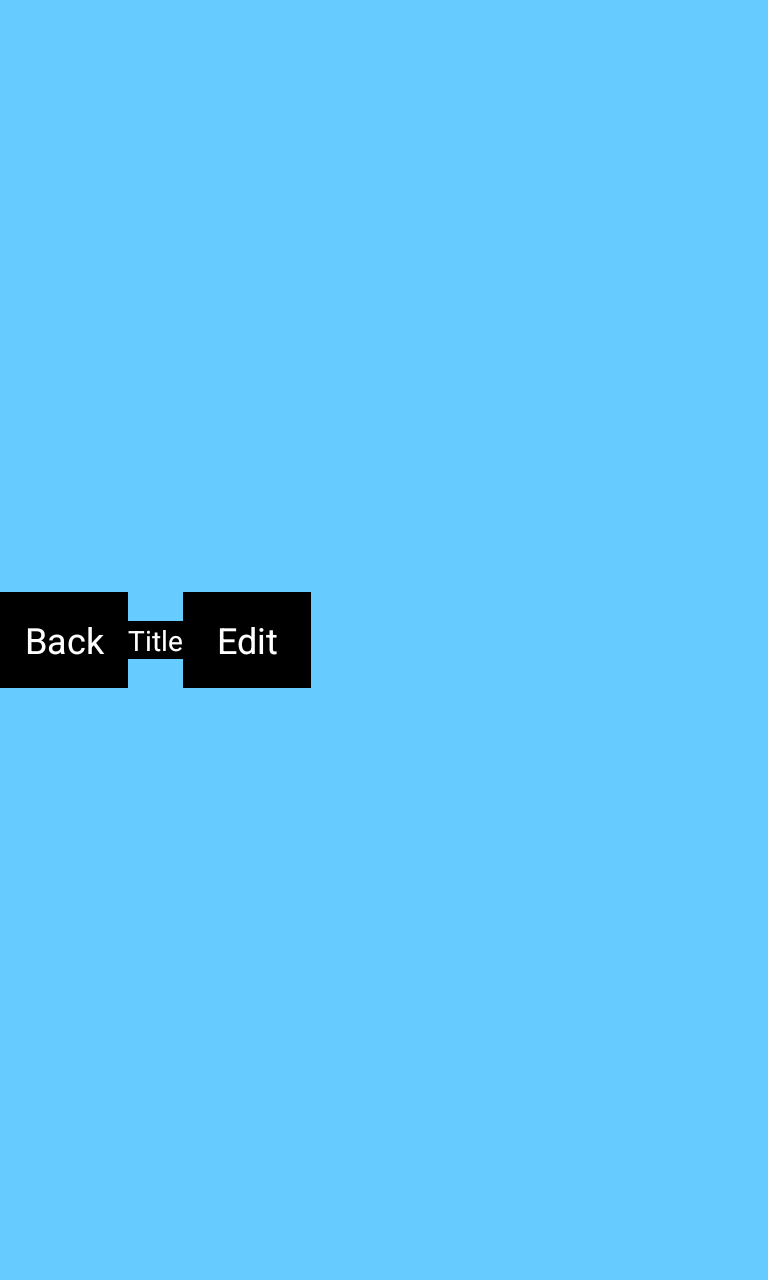
Repository: Ollyder/eclipse_work
Layout: TableLayout/res/layout/title.xml
An editor plug-in stored every save of this project. The layout is shown before and after the next save, followed by the edit.
It is drawn on a 768 x 1280 px phone screen (xhdpi) without system bars, with theme AppTheme; the app's code is not run.

Above is the layout before, as saved 2017-05-28 04:50:45.

After the next save:
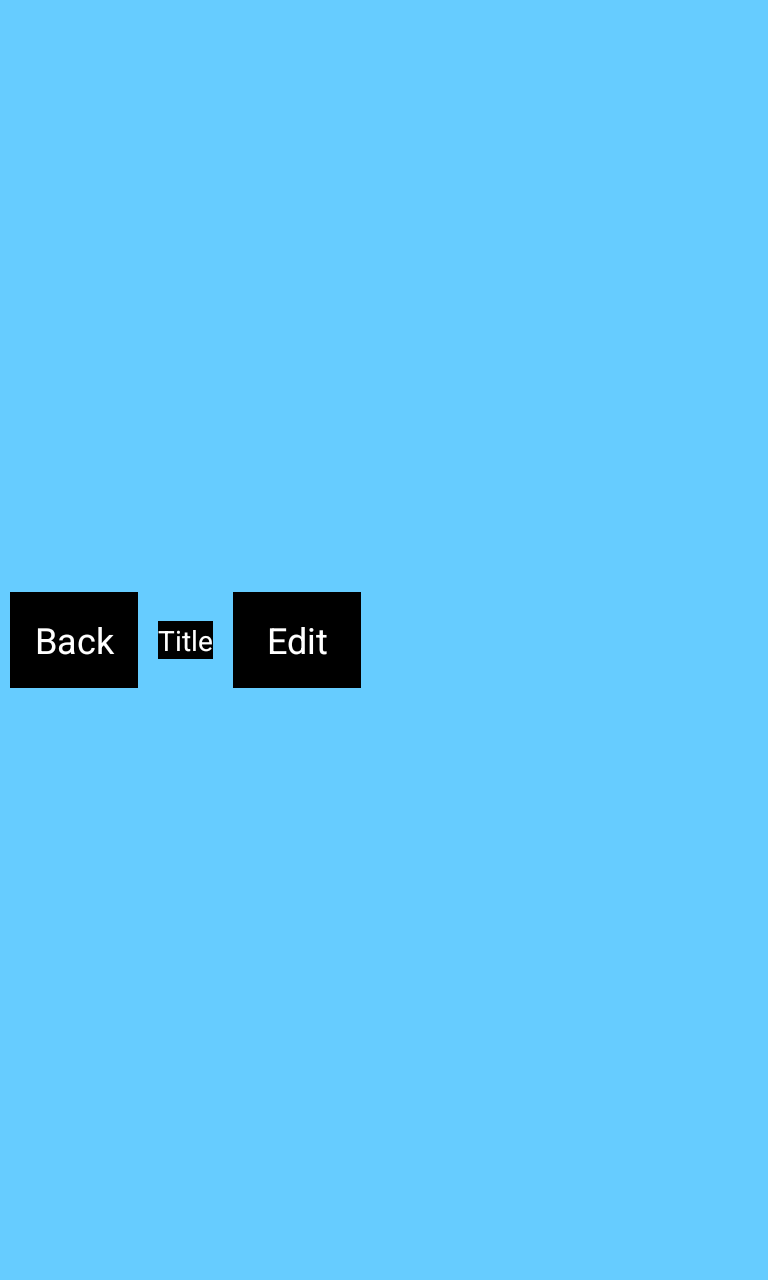
Saved 50 s later.
--- a/TableLayout/res/layout/title.xml
+++ b/TableLayout/res/layout/title.xml
@@ -10,6 +10,7 @@
         android:layout_width="wrap_content"
         android:layout_height="wrap_content"
         android:layout_gravity="center"
+        android:layout_margin="5dip"
         android:background="#000000"
         android:textColor="#ffffff"
         android:text="Back" />
@@ -18,6 +19,7 @@
         android:id="@+id/title_text_view1"
         android:layout_width="wrap_content"
         android:layout_height="wrap_content"
+        android:layout_margin="5dip"
         android:layout_gravity="center"
         android:background="#000000"
         android:textColor="#ffffff"
@@ -27,6 +29,7 @@
         android:id="@+id/title_button2"
         android:layout_width="wrap_content"
         android:layout_height="wrap_content"
+        android:layout_margin="5dip"
         android:background="#000000"
         android:text="Edit"
         android:layout_gravity="center"
